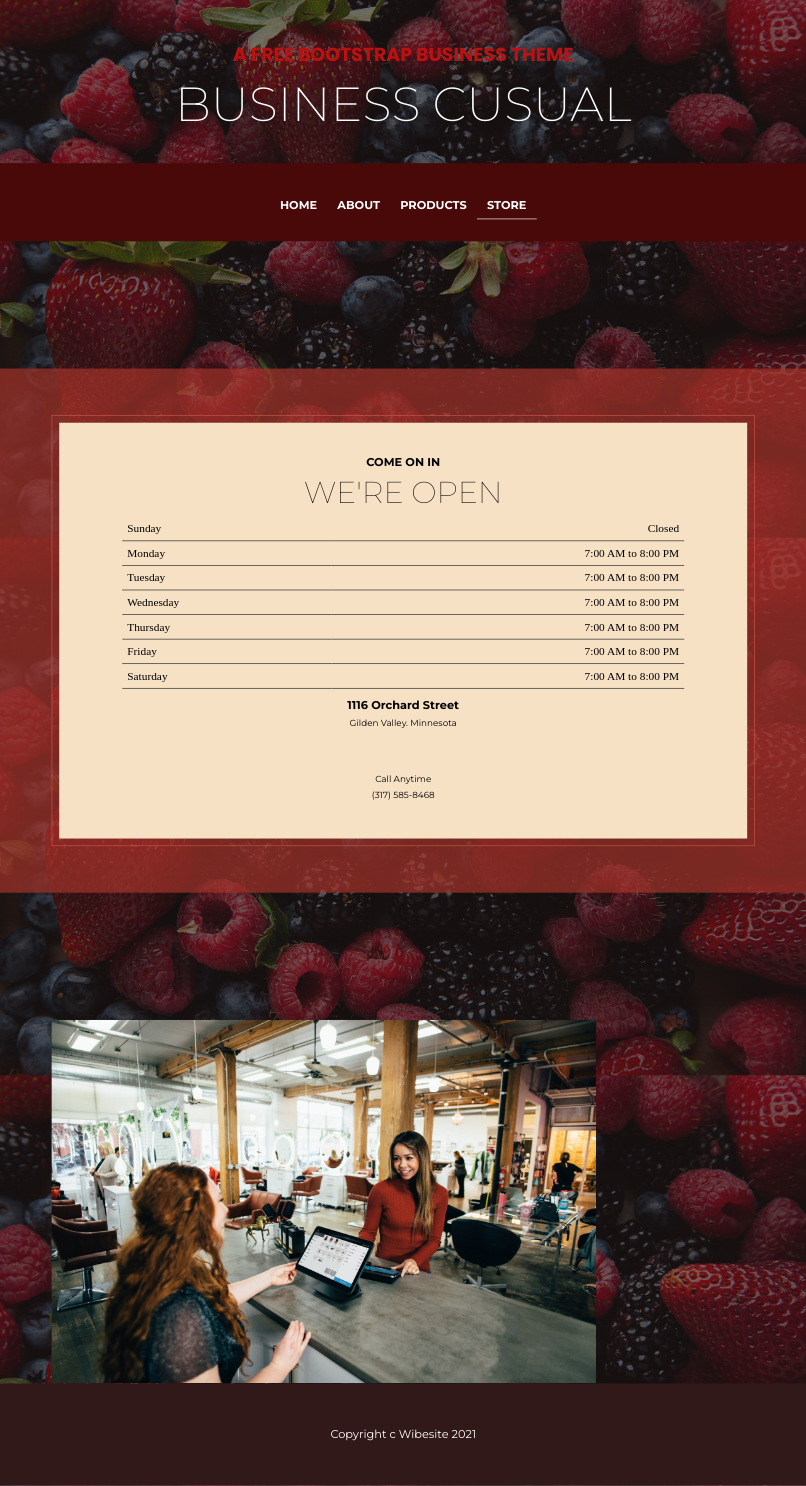
Repository: wadelfadill/tache_7_Business_bootstrap_theme
Page: store.html
An editor plug-in stored every save of this project. The page is shown before and after the next save, followed by the edit.
The browser window is 1280 px wide. The pictures show the whole page, at 63% of full size.
Backgrounds fixed to the window are drawn as part of the page.

Above is the page before, as saved 2023-04-28 22:47:22.

After the next save:
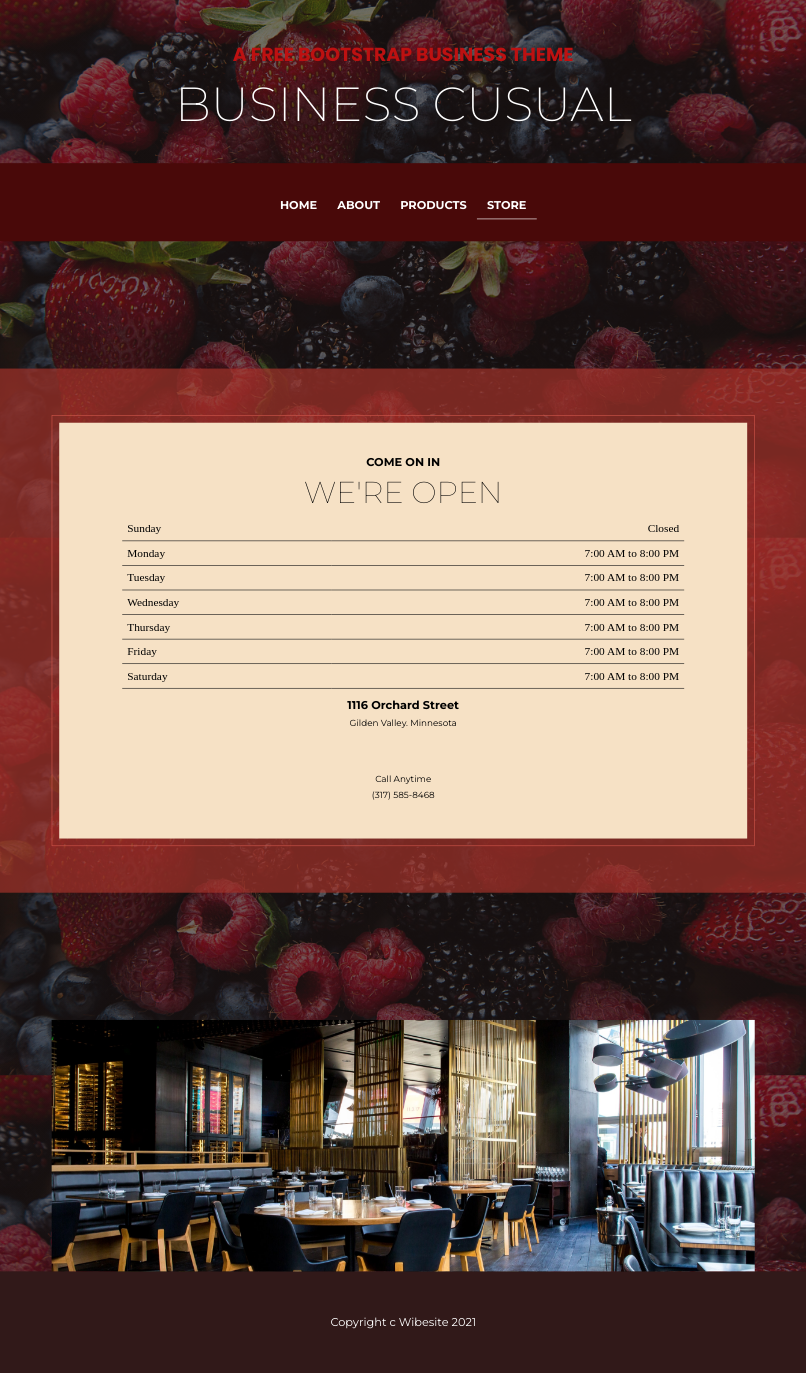
Saved 75 s later.
--- a/store.html
+++ b/store.html
@@ -101,9 +101,13 @@
         <div class="container">
           <div class="row d-flex flex-row justify-content-start align-items-center">
             <div class="col-12">
-              <img src="images/home-img1.png" alt="" class="img-fluid">
+              <img src="images/img-tous.png" alt="" class="img-fluid">
             </div>
-            <div class="col-12"></div>
+            <div class="col-12">
+              <div class="box">
+
+              </div>
+            </div>
           </div>
         </div>
       </section>
